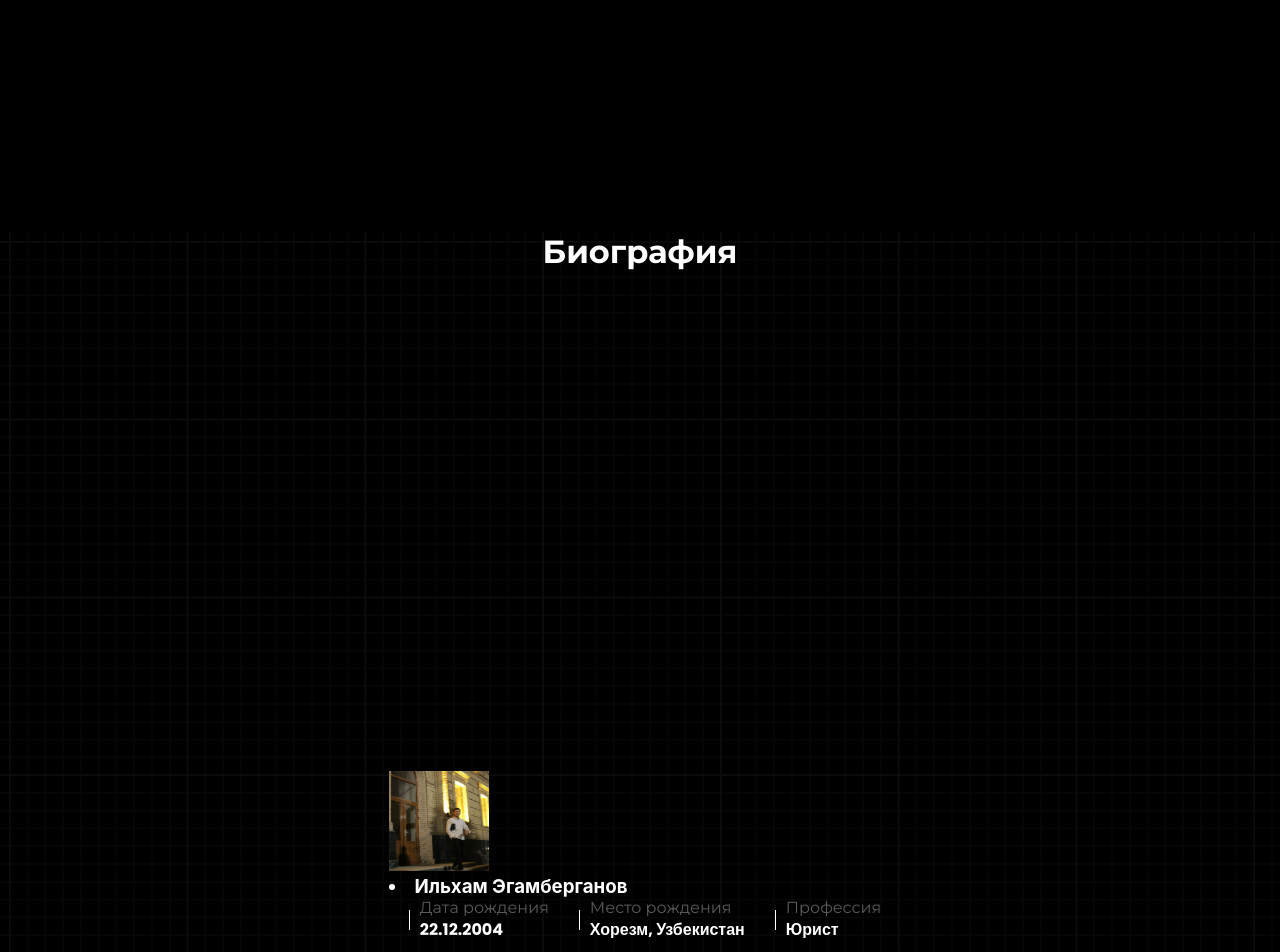
Repository: sardorexe/xishnik
Page: /
The author's editor kept a copy of each file at every save. The page is drawn from the files as they stood at one save, then again after the next save.
The browser window is 1280 px wide. The pictures show the part of the page from y = 488 to 1440 px (the page is 1440 px tall).
Pictures or frames that could not be fetched are drawn as grey boxes. Some icons come from a web library that is not loaded, so they are not drawn. Some web libraries are served in a nearby version. The project was rebuilt for these pictures with package versions that can differ from the ones it lists, and the page was loaded fresh each time. Some packages were replaced by stand-ins written for this rebuild. The framework's server and built-in components were replaced by stand-ins that run in the browser. Also part of the build but not shown: next.config.js.

Above is the page before, as saved 2021-09-27 15:41:58.

### pages/_app.js
import "../styles/globals.css";
import Layout from "../comps/layout";
import Head from "next/head";

function MyApp({ Component, pageProps }) {
  return (
    <>
      <Head>
        <link
          rel="stylesheet"
          href="https://pro.fontawesome.com/releases/v5.10.0/css/all.css"
          integrity="sha384-AYmEC3Yw5cVb3ZcuHtOA93w35dYTsvhLPVnYs9eStHfGJvOvKxVfELGroGkvsg+p"
          crossorigin="anonymous"
        />
      </Head>
      <Layout>
        <Component {...pageProps} />
      </Layout>
    </>
  );
}

export default MyApp;

### pages/_document.js
import Document, { Html, Head, Main, NextScript } from "next/document";

class MyDocument extends Document {
  static async getInitialProps(ctx) {
    const initialProps = await Document.getInitialProps(ctx);
    return { ...initialProps };
  }

  render() {
    return (
      <Html lang="en">
        <Head />
        <body>
          <Main />
          <NextScript />
        </body>
      </Html>
    );
  }
}

export default MyDocument

### pages/index.js
import Head from "next/head";
import Biography from "../comps/Biography";
import Header from "../comps/Header";

export default function Home() {
  return (
    <>
      <Head>
        <title>Xishnik</title>
        <meta name="description" content="Xishnik gang bang" />
        <link rel="preconnect" href="https://fonts.googleapis.com" />
        <link rel="preconnect" href="https://fonts.gstatic.com" crossOrigin />
        <link
          href="https://fonts.googleapis.com/css2?family=Montserrat:wght@100;300;400;700&family=Poppins:wght@300;400;500;700&family=Quicksand:wght@700&display=swap"
          rel="stylesheet"
        />
      </Head>
      <Header />
      <Biography />
    </>
  );
}

### styles/globals.css
::-webkit-scrollbar {
  display: none;
}

html,
body {
  padding: 0;
  margin: 0;
  font-family: -apple-system, BlinkMacSystemFont, Segoe UI, Roboto, Oxygen,
    Ubuntu, Cantarell, Fira Sans, Droid Sans, Helvetica Neue, sans-serif;
  box-sizing: border-box;
}

h1,
h2,
h3,
h4,
h5,
h6,
p {
  margin: 0;
  padding: 0;
}

a {
  color: inherit;
  text-decoration: none;
}

* {
  box-sizing: border-box;
}

### comps/layout.js
import Indicator from "./Indicator";

export default function Layout({ children }) {
  return (
    <>
      <Indicator />
      {children}
    </>
  );
}

### comps/Biography.js
import styles from "../styles/Biography.module.css";
import Image from "next/image";
import AboutBox from "./miniComp/AboutBox";

export default function Biography() {
  return (
    <main className={styles.container}>
      <h1 className={styles.contentTitle}>Биография</h1>
      <div className={styles.parentContent}>
        <div className={styles.img}>
          <Image
            alt="xishnik, ilhom, xiwnik, hishnik, hiwnik, litsey, yurist, xorazm, gurlan"
            src="/biography.jpg"
            width={100}
            height={100}
          />
        </div>
        <div className={styles.content}>
          <h3>
            <li>Ильхaм Эгамберганов</li>
          </h3>
          <div className={styles.about}>
            <AboutBox
              icon="fal fa-calendar"
              title="Дата рождения"
              content="22.12.2004"
            />
            <AboutBox
              icon="fas fa-map-marker-alt"
              title="Место рождения"
              content="Хорезм, Узбекистан"
            />
            <AboutBox
              icon="fas fa-briefcase"
              title="Профессия"
              content="Юрист"
            />
          </div>
        </div>
      </div>
    </main>
  );
}

### comps/Header.js
import styles from "../styles/Home.module.css";

export default function Header() {
  return (
    <>
      <header className={styles.header}>
        <div className={styles.background}>
          <video
            loop
            muted
            autoPlay
            style={{
              objectFit: "cover",
              height: "100%",
              width: "40%",
              opacity: "0.6",
            }}
            src="/background.mp4"
          ></video>
        </div>
        <div className={styles.content}>
          <div className={styles.textContent}>
            <h1>XISHNIK GANG</h1>
            <li> -- Я получу всё что хочу</li>
          </div>
        </div>
      </header>
    </>
  );
}

### comps/Indicator.js
import { useState, useEffect } from "react";

export default function Indicator() {
  const [width, setWidth] = useState(0);
  const watchScrolling = () => {
    let winScroll =
      document.body.scrollTop || document.documentElement.scrollTop;
    let height =
      document.documentElement.scrollHeight -
      document.documentElement.clientHeight;
    let scrolled = (winScroll / height) * 100;
    setWidth(scrolled);
  };

  useEffect(() => {
    window.onscroll = function () {
      watchScrolling();
    };
  }, [width]);

  return (
    <>
      <div className="indicator"></div>
      <style jsx>{`
        .indicator {
          position: fixed;
          top: 0;
          left: 0;
          width: ${width}%;
          height: 4px;
          background: #fff;
          z-index: 99999999;
        }
      `}</style>
    </>
  );
}

### styles/Biography.module.css
.container {
  height: 100vh;
  background: url(/background.jpg);
  background-size: cover;
  background-repeat: no-repeat;
  display: flex;
  flex-direction: column;
  justify-content: space-between;
  align-items: center;
  color: #fff;
}

.contentTitle {
    font-family: 'Montserrat', sans-serif;
}

.about {
  display: flex;
  flex-direction: row;
  align-items: center;
  justify-content: space-between;
  flex-wrap: wrap;
}

### comps/miniComp/AboutBox.js
export default function AboutBox({ icon, title, content }) {
  return (
    <>
      <div className="aboutBox">
        <div className="icon">
          <i className={icon}></i>
        </div>
        <div className="text">
          <p className="title">{title}</p>
          <p className="content">{content}</p>
        </div>
      </div>
      <style jsx>{`
        .aboutBox {
          display: flex;
          flex-direction: row;
          align-items: center;
          justify-content: center;
          margin: 0 10px 10px 0;
        }

        .icon {
          display: flex;
          align-items: center;
          justify-content: center;
          margin-right: 10px;
          padding: 10px;
          border-right: 1px solid #fff;
        }

        .title {
          font-family: "Montserrat", sans-serif;
          color: #5a5a5a;
        }

        .content {
          font-family: "Poppins", sans-serif;
          font-weight: bold;
        }

        .icon i {
          color: #fff;
        }
      `}</style>
    </>
  );
}

### styles/Home.module.css
.header {
  background-color: #000;
  height: 100vh;
  display: flex;
  justify-content: center;
  align-items: center;
}

.background {
  width: 80%;
  height: 100vh;
  position: absolute;
  top: 0;
  left: 0;
}

.content {
  margin-left: 80px;
  width: 60%;
  height: 100%;
  z-index: 9999;
  display: flex;
  justify-content: center;
  align-items: center;
  background: rgb(0, 0, 0);
}

.content h1 {
  font-family: 'Racing Sans One', cursive;
  font-size: 46px;
  margin: 0;
  font-weight: 700;
  z-index: 9999;
  color: #fff;
}

.content li {
  color: rgba(255, 255, 255, 0.527);
  font-family: 'Inter', sans-serif;
  font-weight: lighter;
}

After the next save:
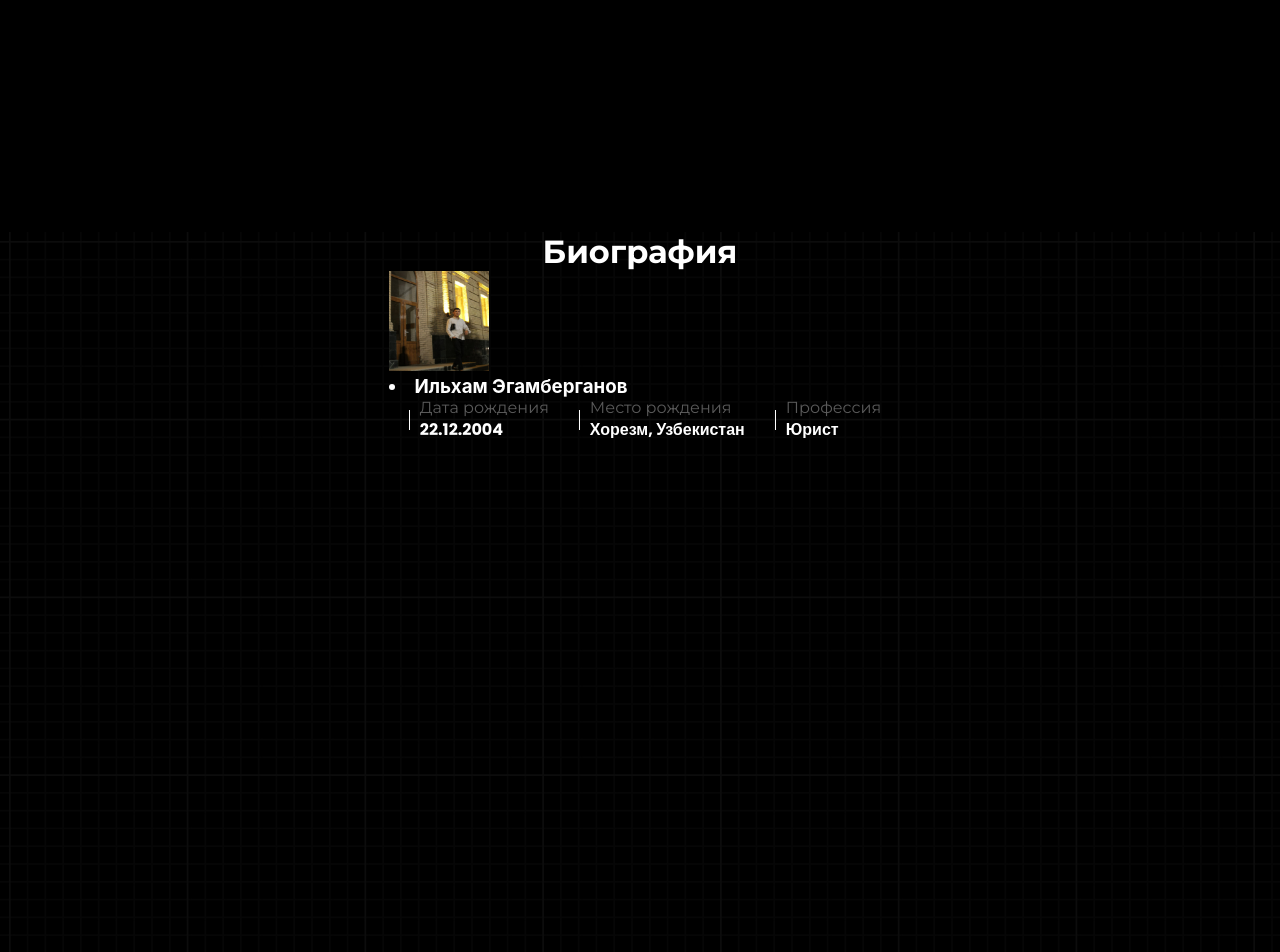
Saved 11 s later.
--- a/styles/Biography.module.css
+++ b/styles/Biography.module.css
@@ -5,7 +5,7 @@
   background-repeat: no-repeat;
   display: flex;
   flex-direction: column;
-  justify-content: space-between;
+  justify-content: flex-start;
   align-items: center;
   color: #fff;
 }

After the save that followed:
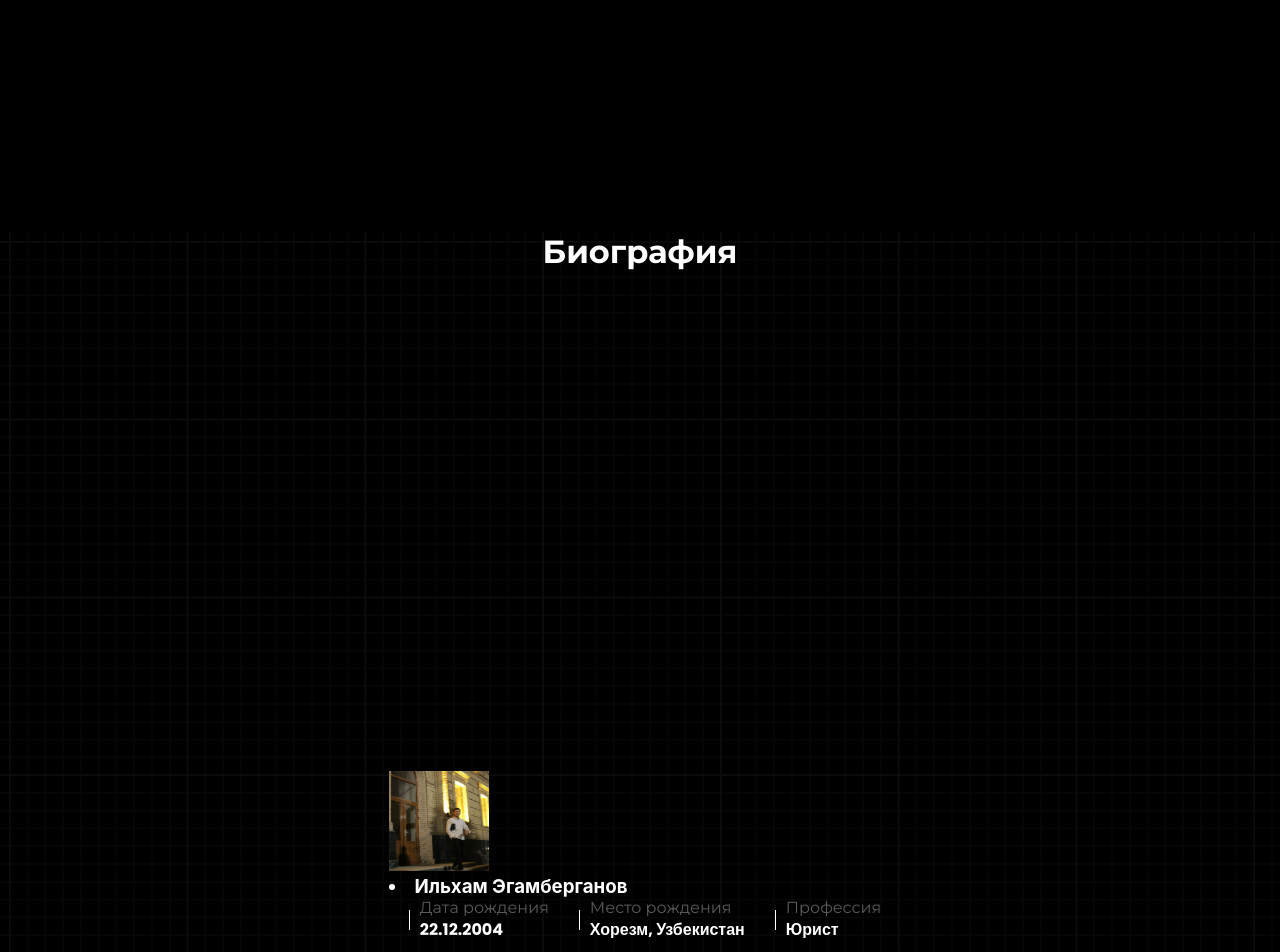
Saved 7 min 16 s later.
--- a/styles/Biography.module.css
+++ b/styles/Biography.module.css
@@ -5,7 +5,7 @@
   background-repeat: no-repeat;
   display: flex;
   flex-direction: column;
-  justify-content: flex-start;
+  justify-content: space-between;
   align-items: center;
   color: #fff;
 }
